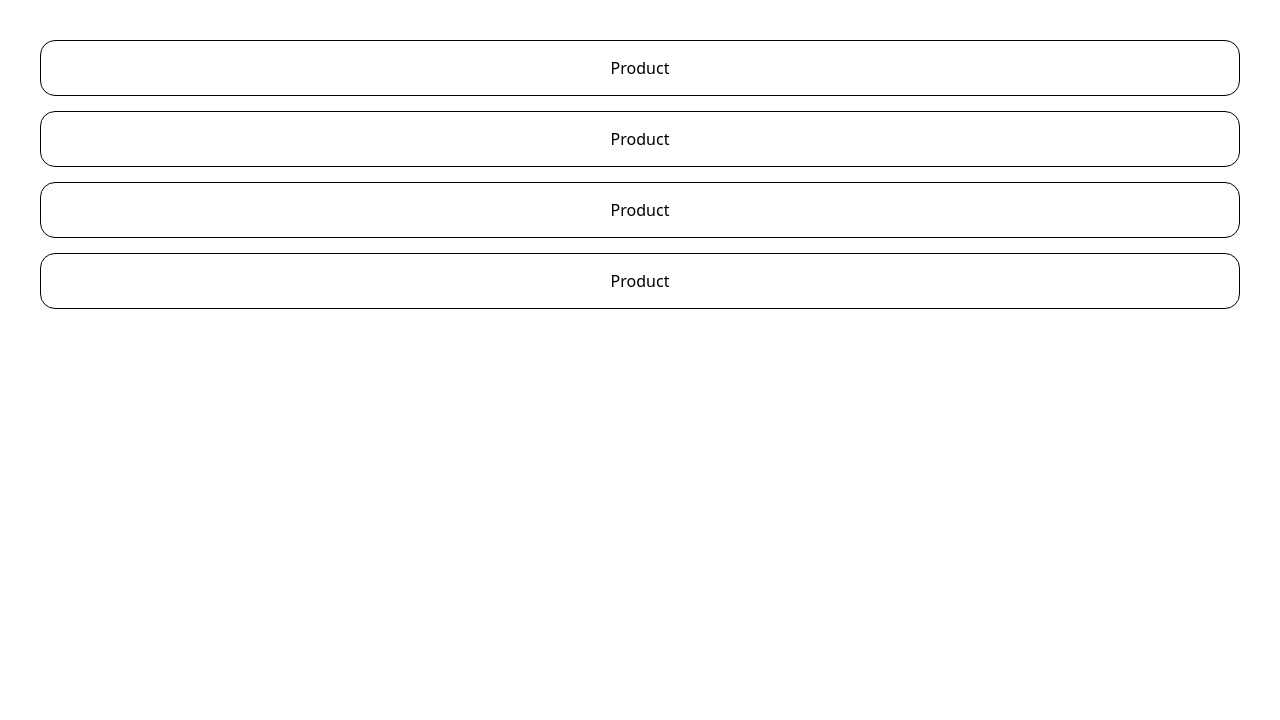
Repository: Ravikumar7210/Web_workspace
Page: / (app in React_Practice/)
These files come from the project's save history. The page is drawn as it stood at one moment and after the next save; the edit follows.
The browser window is 1280 px wide. The pictures show the whole page.
The project was rebuilt for these pictures with package versions that can differ from the ones it lists, and the page was loaded fresh each time. Also part of the build but not shown: React_Practice/vite.config.js.

Above is the page before, as saved 2025-03-27 14:51:11.

### React_Practice/src/index.css
:root {
  font-family: system-ui, Avenir, Helvetica, Arial, sans-serif;
  font-size: 16px;
  font-weight: 400;
  color: #000;
  background-color: #fff;

}

### React_Practice/src/App.jsx
import "./App.css";
import ProductTab from "./ProductTab.jsx";

function App() {

return (
  <>
  <ProductTab/>
  </>
);
}

export default App

### React_Practice/src/ProductTab.jsx
import Product from "./Product.jsx";

function ProductTab () {

return (

<>
<Product/>
<Product/>
<Product/>
<Product/>
</>

);

}

export default ProductTab

### React_Practice/src/Product.jsx
import "./Product.css"
import Price from "./Price.jsx";

function Product (){

return(
    <div className="Product">
    <p>Product</p>
    </div>
);
}



export default Product

### React_Practice/src/Product.css
.Product {
border: 1px solid #000;
border-radius: 15px;
margin-bottom: 15px;
padding: 0 10px 0 10px;
}

### React_Practice/src/Price.jsx
export default function Price (){
    return (
        <div>
        <p>oldPrice</p>
        <p>newPrice</p>
        </div>
    );
}

Loaded but not shown: React_Practice/index.html (common file); React_Practice/src/main.jsx (common file); React_Practice/src/App.css (common file)

After the next save:
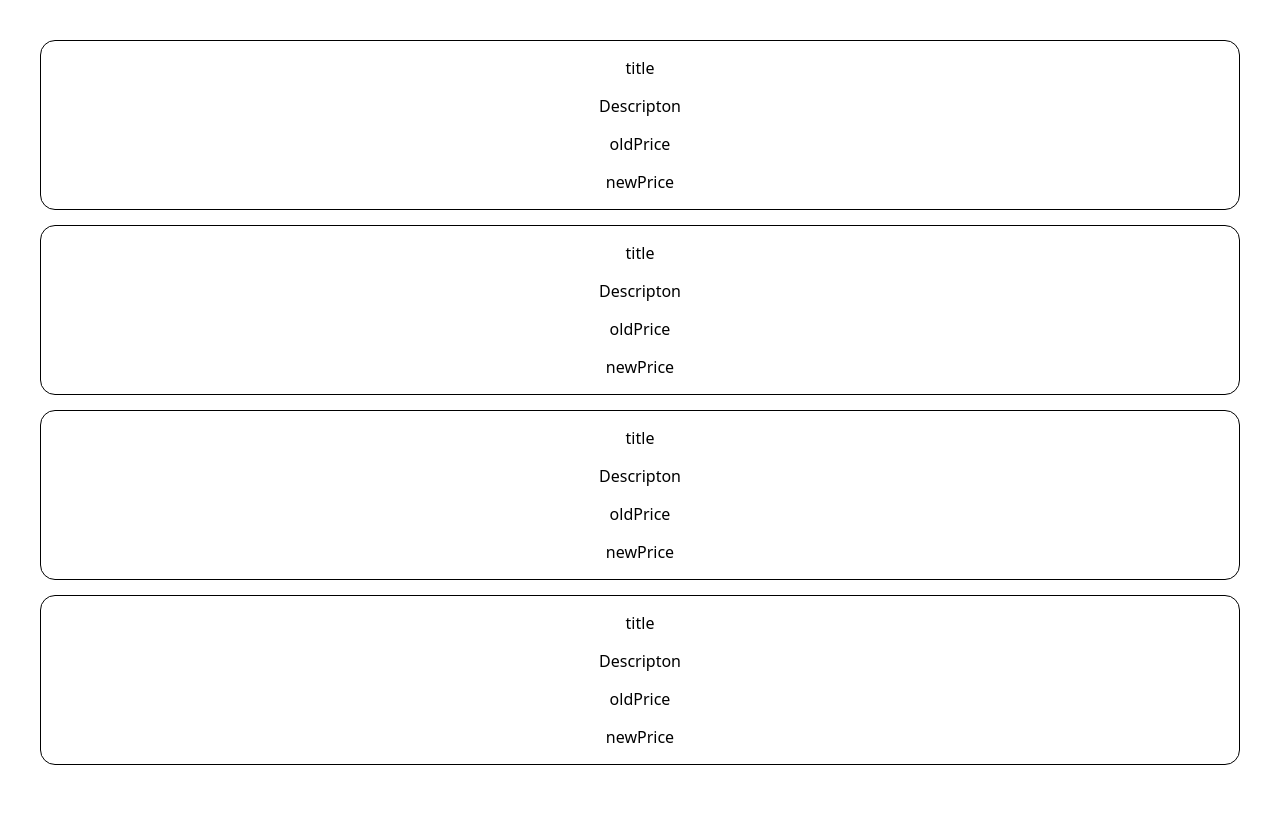
Saved 2 min 4 s later.
--- a/React_Practice/src/Product.jsx
+++ b/React_Practice/src/Product.jsx
@@ -3,9 +3,12 @@ import Price from "./Price.jsx";
 
 function Product (){
 
-return(
+return (
     <div className="Product">
-    <p>Product</p>
+    <p>title</p>
+    <p>Descripton</p>
+    <Price/>
+
     </div>
 );
 }
